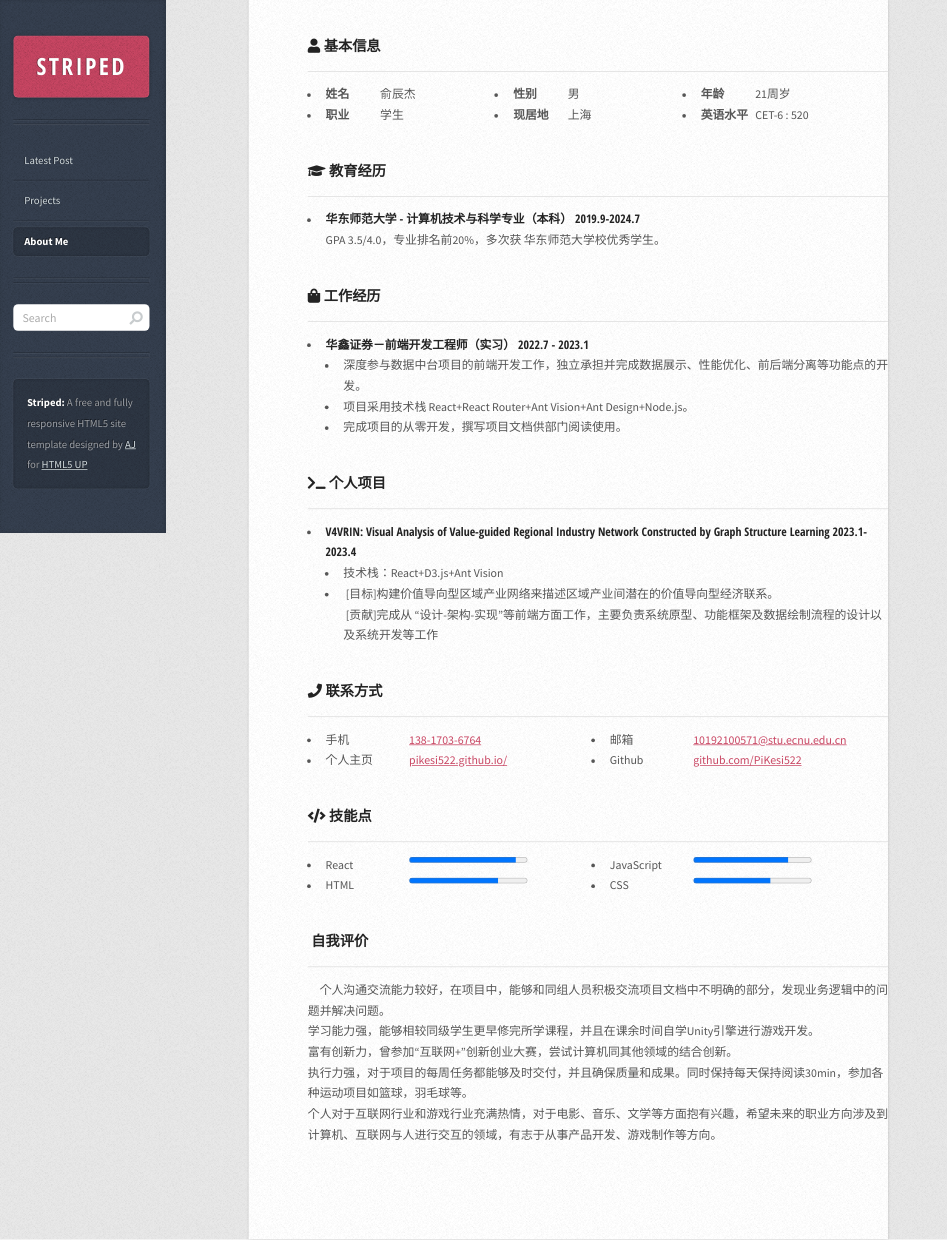
Repository: PiKesi522/PiKesi522.github.io
Page: about.html
These files come from the project's save history. The page is drawn as it stood at one moment and after the next save; the edit follows.
The browser window is 1280 px wide. The pictures show the whole page, at 74% of full size.

Above is the page before, as saved 2023-04-10 19:27:03.

### about.html
<!DOCTYPE HTML>
<!--
	Striped by HTML5 UP
	html5up.net | @ajlkn
	Free for personal and commercial use under the CCA 3.0 license (html5up.net/license)
-->
<html>

<head>
    <title>Striped by HTML5 UP</title>
    <meta charset="utf-8" />
    <meta name="viewport" content="width=device-width, initial-scale=1, user-scalable=no" />
    <link rel="stylesheet" href="assets/css/main.css" />
</head>

<body class="is-preload">

    <!-- Content -->
    <div id="content">
        <div class="inner">

            <article class="container">
                <section class="side" id="side">
                    <!-- 个人肖像 -->
                    <!-- <section class="me"> -->

                    <!-- <h6 class="name" style="font-size: 30px;">PiKesi</h6> -->
                    <!-- <section class="portrait"> -->
                    <!-- 头像照片 -->
                    <!-- <img class="avatar" src="assets/images/avatar.jpg" style="padding-top: 1vh; width: 300px;" onload="loading()"> -->
                    <!-- </section> -->

                    <!-- </section> -->

                    <!-- 基本信息 -->
                    <section class="profile info-unit">
                        <h2>
                            <i class="fa fa-user" aria-hidden="true"></i> 基本信息
                        </h2>
                        <hr />
                        <ul style="display: grid;grid-template-columns:repeat(3, 33%);">
                            <li>
                                <div>
                                    <label style="font-weight: 600;">姓名</label>
                                    <span>俞辰杰</span>
                                </div>
                            </li>
                            <li>
                                <div>
                                    <label style="font-weight: 600;">性别</label>
                                    <span>男</span>
                                </div>
                            </li>
                            <li>
                                <div>
                                    <label style="font-weight: 600;">年龄</label>
                                    <span>21周岁</span>
                                </div>
                            </li>
                            <li>
                                <div>
                                    <label style="font-weight: 600;">职业</label>
                                    <span>学生</span>
                                </div>
                            </li>
                            <li>
                                <div>
                                    <label style="font-weight: 600;">现居地</label>
                                    <span>上海</span>
                                </div>
                            </li>
                            <li>
                                <div>
                                    <label style="font-weight: 600;">英语水平</label>
                                    <span>CET-6 : 520</span>
                                </div>
                            </li>
                            <!-- <li>
                                        <label>计算机水平</label>
                                        <span>软考中级</span>
                                    </li> -->
                        </ul>
                    </section>


                    <!--
                    <section class="qrcode info-unit">
                        <h2><i class="fa fa-qrcode" aria-hidden="true"></i>二维码</h2>
                        <hr />
                        <img src="https://github.com/if2er/FeZaoDuKe-Collection/blob/master/ifeees.jpg?raw=true"
                            style="width: 100%;" alt="">
                    </section> -->

                    <!-- 技术栈 -->
                    <!-- <div class="stack info-unit">
                                    <h2><i class="fa fa-code" aria-hidden="true"></i>其他</h2>
                                    <hr/>
                                    <ul>
                                        <li>
                                            <label>前端</label>
                                            <span>React、jQuery、微信小程序、Bootstrap、SASS、LESS</span>
                                        </li>
                                        <li>
                                            <label>后端</label>
                                            <span>Node.js、MySQL、MongoDB、WordPress、ThinkPHP</span>
                                        </li>
                                        <li>
                                            <label>其他</label>
                                            <span>Git、SVN、Markdown</span>
                                        </li>
                                    </ul>
                                </div> -->
                </section>

                <section class="main">

                    <!-- 教育经历 -->
                    <section class="edu info-unit">
                        <h2>
                            <i class="fa fa-graduation-cap" aria-hidden="true"></i> 教育经历
                        </h2>
                        <hr />
                        <ul>
                            <!-- <li>
                                <h3>
                                    <span>华东师范大学 - 计算机技术与科学专业</span>
                                    <time>2019.9-2024.7</time>
                                </h3>
                                <p>GPA
                                    <mark>3.5/4.0</mark>，期间发表国际会议英文摘要X篇，国内核心期刊文章X篇（其中第一作者X篇），获XXX，XXX2次，XXX2次。(此处根据自身情况填写，可以突出自己的亮点，或者跟求职目标相关的内容)
                                </p>
                            </li> -->
                            <li>
                                <h3>
                                    <span>华东师范大学 - 计算机技术与科学专业（本科）</span>
                                    <time>2019.9-2024.7</time>
                                </h3>
                                <p>GPA
                                    <mark>3.5/4.0</mark>，专业排名前20%，多次获 华东师范大学校优秀学生。
                                </p>
                            </li>
                        </ul>
                    </section>

                    <!-- 工作经历 -->
                    <section class="work info-unit">
                        <h2>
                            <i class="fa fa-shopping-bag" aria-hidden="true"></i> 工作经历
                        </h2>
                        <hr />
                        <ul>
                            <li>
                                <h3>
                                    <span>华鑫证券－前端开发工程师（实习）</span>
                                    <time>2022.7 - 2023.1</time>
                                </h3>
                                <ul class="info-content">
                                    <li>深度参与数据中台项目的前端开发工作，独立承担并完成数据展示、性能优化、前后端分离等功能点的开发。
                                    </li>
                                    <li>
                                        项目采用技术栈
                                        <mark>React+React Router+Ant Vision+Ant Design+Node.js</mark>。
                                    </li>
                                    <li>完成项目的从零开发，撰写项目文档供部门阅读使用。
                                    </li>
                                </ul>
                            </li>
                            <!-- <li>
                                <h3>
                                    <span>[经历2]XX－前端开发工程师（实习）</span>
                                    <time>20XX.10 - 20XX.7</time>
                                </h3>
                                <ul class="info-content">
                                    <li>深度参与公司主线产品「XXXX」的前端开发工作，完成帖子快捷回复、
                                        <mark>全站图片懒加载</mark>、活动banner、帖子管理（使用Yii框架）等功能。项目采用技术栈phpWind+NAMP。
                                        <a href="http://itsay.tech/162/" target="_blank">
                                            <i class="fa fa-link" aria-hidden="true"></i>博客文章</a>。
                                    </li>
                                    <li>主要参与公司产品「XXXX」的前端开发工作，实现接入微博、微信、QQ等
                                        <mark>第三方账号登录</mark>等功能。项目采用技术栈WordPress+NAMP。
                                    </li>
                                    <li>活动页面的开发（七夕活动、抽奖活动以及承接外包页面）。</li>
                                    <li>论坛
                                        <mark>图片增量备份</mark>（CentOS+vsftpd+crontab）
                                        <a href="#" target="_blank">
                                            <i class="fa fa-link" aria-hidden="true"></i>博客文章</a>。
                                    </li>
                                </ul>
                            </li> -->
                        </ul>
                    </section>

                    <!-- 项目经验 -->
                    <section class="project info-unit">
                        <h2>
                            <i class="fa fa-terminal" aria-hidden="true"></i> 个人项目
                        </h2>
                        <hr />
                        <ul>
                            <li>
                                <h3>
                                    <span>V4VRIN: Visual Analysis of Value-guided Regional Industry Network Constructed
                                        by Graph Structure Learning</span>
                                    <span class="link">
                                        <!-- <a href="#" target="_blank">Demo</a> -->
                                    </span>
                                    <time>2023.1-2023.4</time>
                                </h3>
                                <ul class="info-content">
                                    <li>技术栈：React+D3.js+Ant Vision</li>
                                    <li>
                                        <i class="fa fa-paper-plane-o" aria-hidden="true"></i>
                                        [目标]构建价值导向型区域产业网络来描述区域产业间潜在的价值导向型经济联系。
                                        <br />
                                        <!-- <i class="fa fa-users" aria-hidden="true"></i>
                                        [团队]同 2 位同专业同学一起
                                        <br /> -->
                                        <i class="fa fa-paper-plane-o" aria-hidden="true"></i>
                                        [贡献]完成从
                                        <mark>“设计-架构-实现”</mark>等前端方面工作，主要负责系统原型、功能框架及数据绘制流程的设计以及系统开发等工作
                                        <br />
                                        <!-- <i class="fa fa-thumbs-o-up" aria-hidden="true"></i>
                                        [效果]作品最终取得第三届共享杯国家级竞赛“一等奖” （2/2000） -->
                                    </li>
                                </ul>
                            </li>
                            <!-- <li>
                                <h3>
                                    <span>[项目2]肿瘤流行病数据可视化</span>
                                    <span class="link">
                                        <a href="#" target="_blank">Demo</a>
                                    </span>
                                    <time>201X.X-201X.X</time>
                                </h3>
                                <ul class="info-content">
                                    <li>技术栈：HTML 5+D3.js+ECharts+MySQL</li>
                                    <li>
                                        <i class="fa fa-paper-plane-o" aria-hidden="true"></i>
                                        [目标]实现常见肿瘤流行病数据多维度可视化展示、数据透视及分析
                                        <br />
                                        <i class="fa fa-users" aria-hidden="true"></i>
                                        [团队]与 1 位同学
                                        <br />
                                        <i class="fa fa-bars" aria-hidden="true"></i>
                                        [贡献]分析项目需求，清洗并整理相关数据(扩展第三方知识组织系统和 Google trends 数据)，并用
                                        <mark>D3.js</mark> 和
                                        <mark>ECharts</mark> 进行图形化展示以及实现简易自动分析 功能
                                        <br />
                                        <i class="fa fa-thumbs-o-up" aria-hidden="true"></i>
                                        [效果]作品取得第二届共享杯国家级竞赛“特等奖”(1/1500)
                                    </li>
                                </ul>
                            </li>
                            <li>
                                <h3>
                                    <span>[项目3]肿瘤流行病数据可视化</span>
                                    <span class="link">
                                        <a href="#" target="_blank">Demo</a>
                                    </span>
                                    <time>201X.X-201X.X</time>
                                </h3>
                                <ul class="info-content">
                                    <li>技术栈：HTML 5+D3.js+ECharts+MySQL</li>
                                    <li>
                                        <i class="fa fa-paper-plane-o" aria-hidden="true"></i>
                                        [目标]实现常见肿瘤流行病数据多维度可视化展示、数据透视及分析
                                        <br />
                                        <i class="fa fa-users" aria-hidden="true"></i>
                                        [团队]与 1 位同学
                                        <br />
                                        <i class="fa fa-bars" aria-hidden="true"></i>
                                        [贡献]分析项目需求，清洗并整理相关数据(扩展第三方知识组织系统和 Google trends 数据)，并用
                                        <mark>D3.js</mark> 和
                                        <mark>ECharts</mark> 进行图形化展示以及实现简易自动分析功能
                                        <br />
                                        <i class="fa fa-thumbs-o-up" aria-hidden="true"></i>
                                        [效果]作品取得第二届共享杯国家级竞赛“特等奖”(1/1500)
                                    </li>
                                </ul>
                            </li>
                            <li>
                                <h3>
                                    <span>[项目4]肿瘤流行病数据可视化</span>
                                    <span class="link">
                                        <a href="#" target="_blank">Demo</a>
                                    </span>
                                    <time>201X.X-201X.X</time>
                                </h3>
                                <ul class="info-content">
                                    <li>技术栈：HTML 5+D3.js+ECharts+MySQL</li>
                                    <li>
                                        <i class="fa fa-paper-plane-o" aria-hidden="true"></i>
                                        [目标]实现常见肿瘤流行病数据多维度可视化展示、数据透视及分析
                                        <br />
                                        <i class="fa fa-users" aria-hidden="true"></i>
                                        [团队]与 1 位
                                        <br />
                                        <i class="fa fa-bars" aria-hidden="true"></i>
                                        [贡献]分析项目需求，清洗并整理相关数据(扩展第三方知识组织系统和 Google trends 数据)，并用
                                        <mark>D3.js</mark> 和
                                        <mark>ECharts</mark> 进行图形化展示以及实现简易自动分析 功能
                                        <br />
                                        <i class="fa fa-thumbs-o-up" aria-hidden="true"></i>
                                        [效果]作品取得第二届共享杯国家级竞赛“特等奖”(1/1500)
                                    </li>
                                </ul>
                            </li> -->

                        </ul>
                    </section>

                    <!-- 联系方式 -->
                    <section class="contact info-unit">
                        <h2>
                            <i class="fa fa-phone" aria-hidden="true"></i> 联系方式
                        </h2>
                        <hr />
                        <ul style="display: grid; grid-template-columns:repeat(2, 50%);">
                            <li>
                                <div>
                                    <label>手机</label>
                                    <a href="#" target="_blank">138-1703-6764</a>
                                </div>
                            </li>
                            <li>
                                <div>
                                    <label>邮箱</label>
                                    <a href="mailto:10192100571@stu.ecnu.edu.cn"
                                        target="_blank">10192100571@stu.ecnu.edu.cn</a>
                                </div>
                            </li>
                            <li>
                                <div>
                                    <label>个人主页</label>
                                    <a href="https://pikesi522.github.io/" target="_blank">pikesi522.github.io/</a>
                                </div>
                            </li>
                            <li>
                                <div>
                                    <label>Github</label>
                                    <a href="https://github.com/PiKesi522" target="_blank">github.com/PiKesi522</a>
                                </div>
                            </li>
                        </ul>
                    </section>

                    <!-- 技能点 -->
                    <section class="skill info-unit">
                        <h2>
                            <i class="fa fa-code" aria-hidden="true"></i> 技能点
                        </h2>
                        <hr />
                        <ul style="display: grid; grid-template-columns:repeat(2, 50%);">
                            <li>
                                <div style="display: grid; grid-template-columns: 30% 70%;">
                                    <label>React</label>
                                    <div>
                                        <progress value="90" max="100"></progress>
                                    </div>
                                </div>
                            </li>
                            <li>
                                <div style="display: grid; grid-template-columns: 30% 70%;">
                                    <label>JavaScript</label>
                                    <div>
                                        <progress value="80" max="100"></progress>
                                    </div>
                                </div>
                            </li>
                            <li>
                                <div style="display: grid; grid-template-columns: 30% 70%;">
                                    <label>HTML</label>
                                    <div>
                                        <progress value="75" max="100"></progress>
                                    </div>
                                </div>
                            </li>
                            <li>
                                <div style="display: grid; grid-template-columns: 30% 70%;">
                                    <label>CSS</label>
                                    <div>
                                        <progress value="65" max="100"></progress>
                                    </div>
                                </div>
                            </li>
                        </ul>
                    </section>

                    <!-- 自我评价 -->
                    <section class="work info-unit">
                        <h2>
                            <i class="fa fa-pencil" aria-hidden="true"></i> 自我评价
                        </h2>
                        <hr />
                        <p style='text-indent:1em;'>
                            个人沟通交流能力较好，在项目中，能够和同组人员积极交流项目文档中不明确的部分，发现业务逻辑中的问题并解决问题。
                            <br style='text-indent:1em;'>
                            学习能力强，能够相较同级学生更早修完所学课程，并且在课余时间自学Unity引擎进行游戏开发。
                            <br style='text-indent:1em;'>
                            富有创新力，曾参加“互联网+”创新创业大赛，尝试计算机同其他领域的结合创新。
                            <br style='text-indent:1em;'>
                            执行力强，对于项目的每周任务都能够及时交付，并且确保质量和成果。同时保持每天保持阅读30min，参加各种运动项目如篮球，羽毛球等。
                            <br style='text-indent:1em;'>
                            个人对于互联网行业和游戏行业充满热情，对于电影、音乐、文学等方面抱有兴趣，希望未来的职业方向涉及到计算机、互联网与人进行交互的领域，有志于从事产品开发、游戏制作等方向。
                            <!-- <span class="mark-txt">“多静多思考，反省不张扬”</span>是我给自己总结的“十字箴言”，鞭策自己做人既不能以己度人，也不以人观己，要脚踏实地做事，坚持自己的梦想和本心。 -->
                        </p>
                    </section>
                </section>
            </article>

        </div>
    </div>

    <!-- Sidebar -->
    <div id="sidebar">

        <!-- Logo -->
        <h1 id="logo"><a href="#">STRIPED</a></h1>

        <!-- Nav -->
        <nav id="nav">
            <ul>
                <li><a href="index.html">Latest Post</a></li>
                <li><a href="projects.html">Projects</a></li>
                <li class="current"><a href="about.html">About Me</a></li>
                <!-- <li><a href="#">Contact Me</a></li> -->
            </ul>
        </nav>

        <!-- Search -->
        <section class="box search">
            <form method="post" action="#">
                <input type="text" class="text" name="search" placeholder="Search" />
            </form>
        </section>

        <!-- Text -->
        <section class="box text-style1">
            <div class="inner">
                <p>
                    <strong>Striped:</strong> A free and fully responsive HTML5 site
                    template designed by <a href="http://twitter.com/ajlkn">AJ</a> for <a
                        href="http://html5up.net/">HTML5 UP</a>
                </p>
            </div>
        </section>
    </div>

    <!-- Scripts -->
    <script src="assets/js/jquery.min.js"></script>
    <script src="assets/js/browser.min.js"></script>
    <script src="assets/js/breakpoints.min.js"></script>
    <script src="assets/js/util.js"></script>
    <script src="assets/js/main.js"></script>

</body>

</html>

Loaded but not shown: assets/js/jquery.min.js (library); assets/js/browser.min.js (common file); assets/js/breakpoints.min.js (common file); assets/css/fontawesome-all.min.css (library); assets/js/util.js (587 lines, source omitted); assets/css/main.css (3019 lines, source omitted); public/assets/js/main.js (no copy from this time; the picture is the same without it)

After the next save:
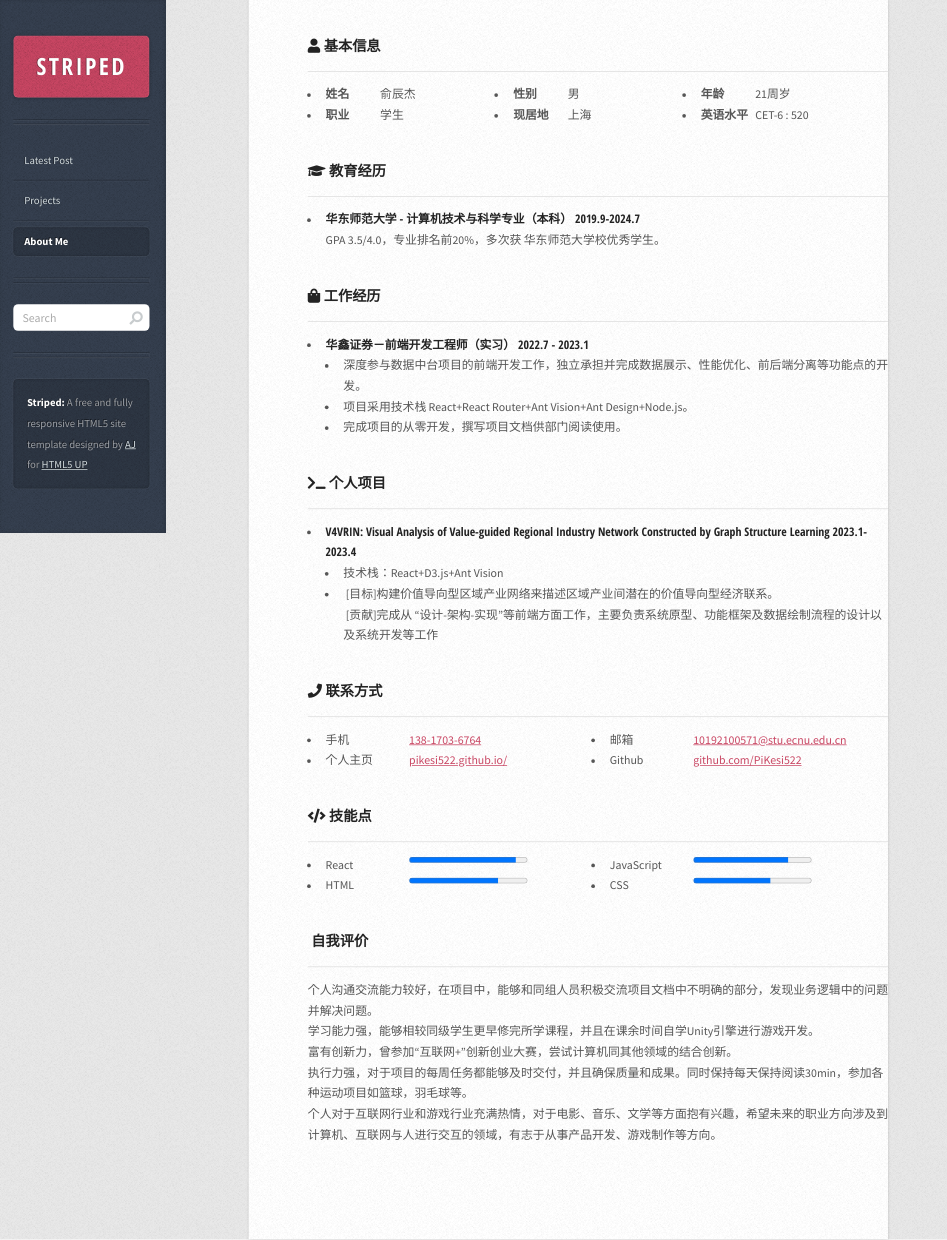
Saved 10 s later.
--- a/about.html
+++ b/about.html
@@ -392,15 +392,15 @@
                             <i class="fa fa-pencil" aria-hidden="true"></i> 自我评价
                         </h2>
                         <hr />
-                        <p style='text-indent:1em;'>
+                        <p>
                             个人沟通交流能力较好，在项目中，能够和同组人员积极交流项目文档中不明确的部分，发现业务逻辑中的问题并解决问题。
-                            <br style='text-indent:1em;'>
+                            </br>
                             学习能力强，能够相较同级学生更早修完所学课程，并且在课余时间自学Unity引擎进行游戏开发。
-                            <br style='text-indent:1em;'>
+                            </br>
                             富有创新力，曾参加“互联网+”创新创业大赛，尝试计算机同其他领域的结合创新。
-                            <br style='text-indent:1em;'>
+                            </br>
                             执行力强，对于项目的每周任务都能够及时交付，并且确保质量和成果。同时保持每天保持阅读30min，参加各种运动项目如篮球，羽毛球等。
-                            <br style='text-indent:1em;'>
+                            </br>
                             个人对于互联网行业和游戏行业充满热情，对于电影、音乐、文学等方面抱有兴趣，希望未来的职业方向涉及到计算机、互联网与人进行交互的领域，有志于从事产品开发、游戏制作等方向。
                             <!-- <span class="mark-txt">“多静多思考，反省不张扬”</span>是我给自己总结的“十字箴言”，鞭策自己做人既不能以己度人，也不以人观己，要脚踏实地做事，坚持自己的梦想和本心。 -->
                         </p>
